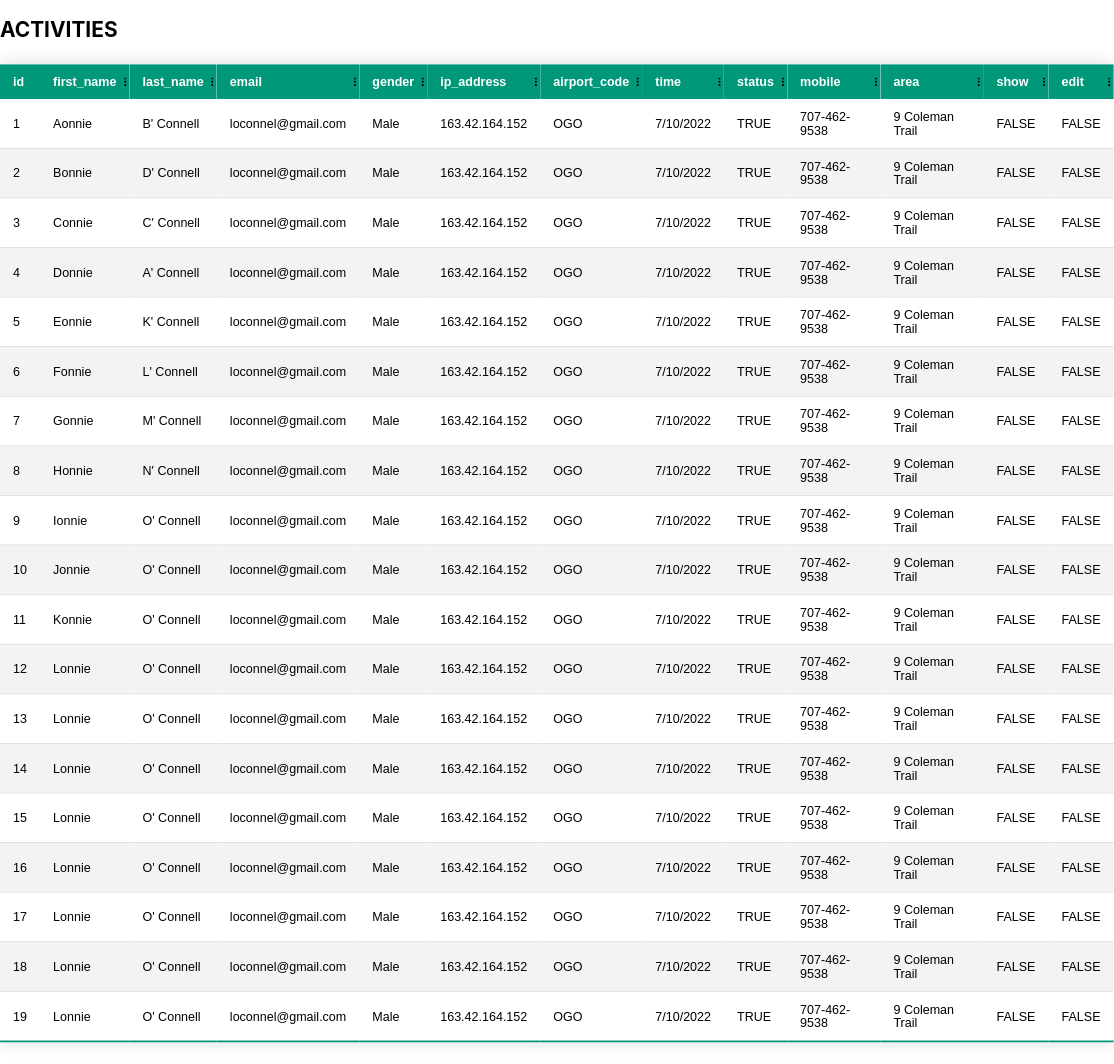
Repository: kartik077-cr7/Ckart
Page: /
The author's editor kept a copy of each file at every save. The page is drawn from the files as they stood at one save, then again after the next save.
The browser window is 1280 px wide. The pictures show the whole page, at 87% of full size.
The project was rebuilt for these pictures with package versions that can differ from the ones it lists, and the page was loaded fresh each time. Also part of the build but not shown: src/components/Modal.js.

Above is the page before, as saved 2022-12-10 22:46:49.

After the next save:
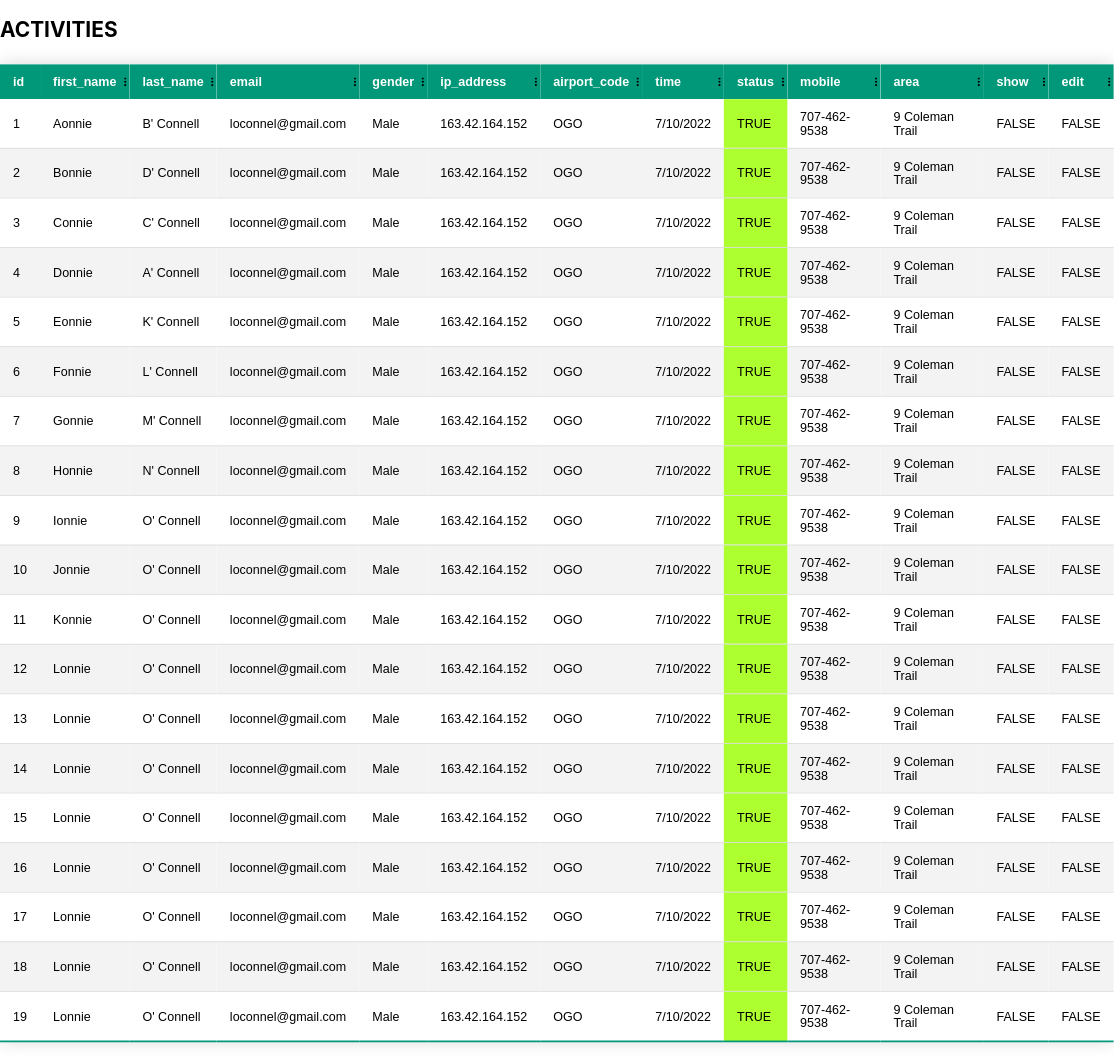
Saved 40 s later.
--- a/src/App.css
+++ b/src/App.css
@@ -86,3 +86,7 @@ li:hover {
 .active{
 	background-color: rgb(179, 255, 0);
 }
+
+.green{
+	background-color: greenyellow;
+}
